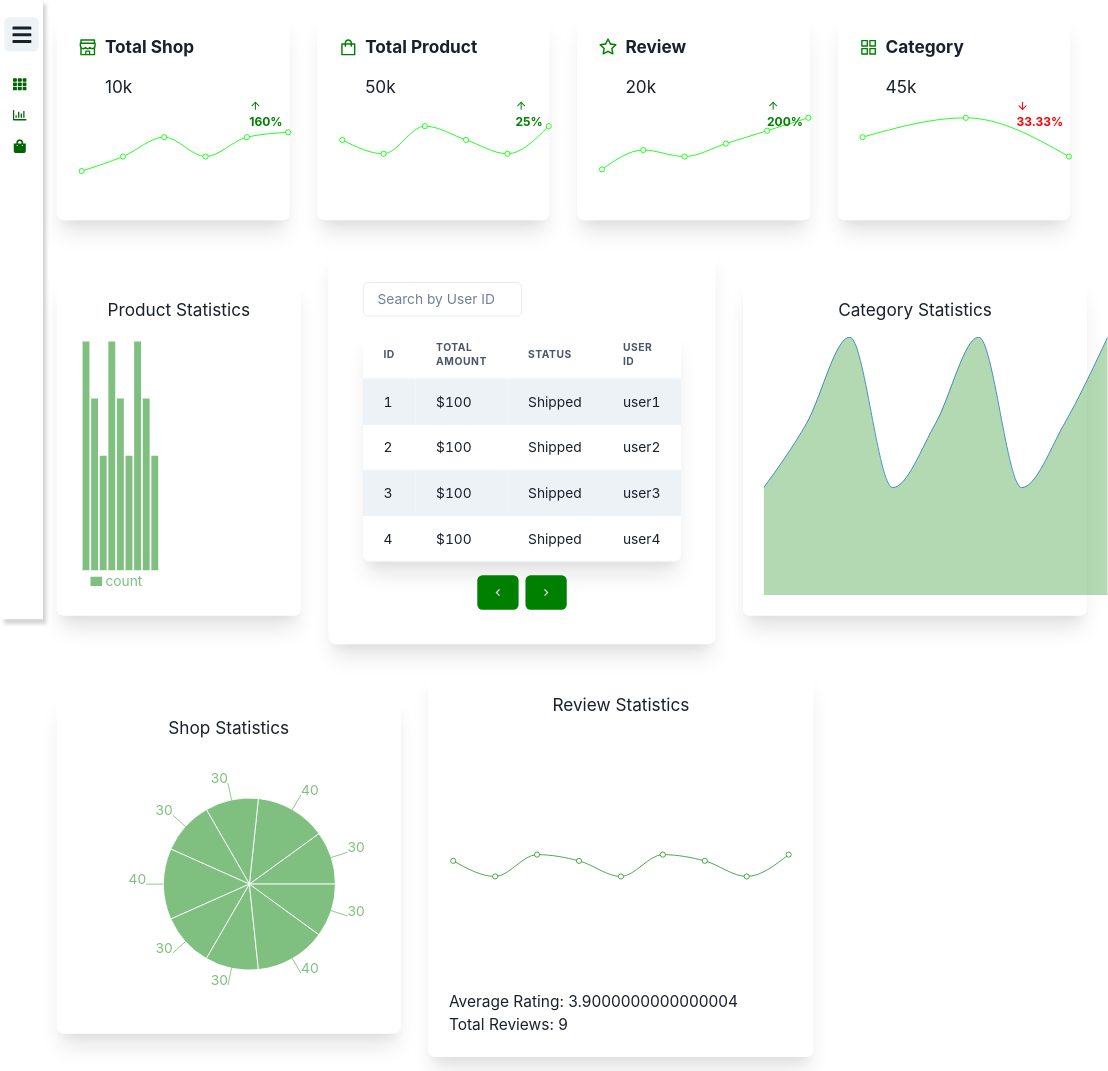
Repository: Andarg01/chakra-dashboard
Page: /
These files come from the project's save history. The page is drawn as it stood at one moment and after the next save; the edit follows.
The browser window is 1280 px wide. The page is 1288 px wide, so the pictures cover 1288 px, including what lies to the right of the window. The pictures show the whole page, at 86% of full size.
The project was rebuilt for these pictures with package versions that can differ from the ones it lists, and the page was loaded fresh each time. Also part of the build but not shown: src/components/ProductModal.tsx, src/components/ProductTable.tsx, src/pages/ProductList.tsx, src/components/RecentSalesTable.tsx, src/components/PopularProductsPage.tsx, src/pages/Analytics.tsx.

Above is the page before, as saved 2024-03-18 01:57:29.

### src/index.tsx
import React from 'react';
import ReactDOM from 'react-dom/client';
import './index.css';
import App from './App';

import { ChakraProvider } from '@chakra-ui/react';


const root = ReactDOM.createRoot(
  document.getElementById('root') as HTMLElement
);
root.render(

  <React.StrictMode>
  <ChakraProvider>
    <App />
    </ChakraProvider>
  </React.StrictMode>

);

### src/App.tsx
import React from 'react'
import ProductList from './pages/ProductList'
import Dashboard from './components/Dashboard'
import Sidebar from './components/Sidebar';
import Analytics from './pages/Analytics';
import { BrowserRouter, Route, Routes } from 'react-router-dom';
const App = () => {
  return (
    <div>
    <BrowserRouter>
    <Sidebar>
      <Routes>
      <Route path="/" element={<Dashboard />}/>
      <Route path="/dashboard" element={<Dashboard />}/>
      <Route path="/analytics" element={<Analytics  />} />
      <Route path="/product" element={<ProductList />}/>

      </Routes>
    </Sidebar>
  </BrowserRouter>
    </div>
  )
}

export default App





















// import React from 'react';
// import { BrowserRouter, Route, Routes } from 'react-router-dom';
// import Sidebar from './components/Sidebar';

// import Dashboard from './pages/Dashboard'

// import Analytics from './pages/AnalyticsPage'

// import ProductList from './ProductList';
// import './App.css';


// // import { ChakraProvider } from '@chakra-ui/react';

// type SaleData = {
//   date: string;
//   amount: number;
// };

// type RevenueData = {
//   month: string;
//   revenue: number;
// };

// const App: React.FC = () => {
//   const saleData: SaleData[] = [
//     { date: '2022-01-01', amount: 100 },
//     { date: '2022-01-02', amount: 150 },
//     { date: '2022-01-03', amount: 200 },
//     { date: '2022-01-04', amount: 120 },
//     { date: '2022-01-05', amount: 180 },
//     { date: '2022-01-06', amount: 90 },
//     { date: '2022-01-07', amount: 110 },
//     { date: '2022-01-08', amount: 130 },
//     { date: '2022-01-09', amount: 170 },
//     { date: '2022-01-10', amount: 160 },
//   ];

//   const revenueData: RevenueData[] = [
//     { month: 'January', revenue: 500 },
//     { month: 'February', revenue: 700 },
//     { month: 'March', revenue: 600 },
//     { month: 'April', revenue: 800 },
//     { month: 'May', revenue: 900 },
//     { month: 'June', revenue: 750 },
//     { month: 'July', revenue: 850 },
//     { month: 'August', revenue: 950 },
//     { month: 'September', revenue: 700 },
//     { month: 'October', revenue: 850 },
//   ];

//   return (
//     // <ChakraProvider>
//       <div>
//         <BrowserRouter>
//           <Sidebar>
//             <Routes>
//               <Route path="/" element={<Dashboard saleData={saleData} revenueData={revenueData} />} />
//               <Route path="/dashboard" element={<Dashboard saleData={saleData} revenueData={revenueData} />} />

//               <Route path="/analytics" element={<Analytics />} />
//               <Route path="/product" element={<ProductList />} />

//             </Routes>
//           </Sidebar>
//         </BrowserRouter>
//       </div>
//     {/* </ChakraProvider> */}
//   );
// };

// export default App;

### src/components/Dashboard.tsx

import React from "react";
import { Box, Flex, Text } from "@chakra-ui/react";
import {
  BarChart,
  Bar,
  Tooltip,
  Legend,
  AreaChart,
  Area,
  PieChart,
  Pie,
  Cell,
  LineChart,
  Line,
} from "recharts";
import Statics from "./Statics";
import AnalyticalPage from "../pages/Analytics";
import FullAnalyticsPage from "./AnalyticalCard";
// import ReviewPage from "../pages/ReviewPage";

export {};
// Sample data for demonstration purposes
const productData = [
  { category: "Category A", count: 20 },
  { category: "Category B", count: 15 },
  { category: "Category C", count: 10 },
  { category: "Category D", count: 20 },
  { category: "Category E", count: 15 },
  { category: "Category F", count: 10 },
  { category: "Category G", count: 20 },
  { category: "Category H", count: 15 },
  { category: "Category I", count: 10 },
];

const categoryData = [
  { shop: "Shop A", count: 5 },
  { shop: "Shop B", count: 8 },
  { shop: "Shop C", count: 12 },
  { shop: "Shop D", count: 5 },
  { shop: "Shop E", count: 8 },
  { shop: "Shop F", count: 12 },
  { shop: "Shop G", count: 5 },
  { shop: "Shop H", count: 8 },
  { shop: "Shop I", count: 12 },
];

const shopData = [
  { name: "Shop A", value: 30 },
  { name: "Shop B", value: 40 },
  { name: "Shop C", value: 30 },
  { name: "Shop D", value: 30 },
  { name: "Shop E", value: 40 },
  { name: "Shop F", value: 30 },
  { name: "Shop G", value: 30 },
  { name: "Shop H", value: 40 },
  { name: "Shop I", value: 30 },
];

const reviewData = [
  { date: "2024-01-01", rating: 4 },
  { date: "2024-02-01", rating: 3.5 },
  { date: "2024-03-01", rating: 4.2 },
  { date: "2024-04-01", rating: 4 },
  { date: "2024-05-01", rating: 3.5 },
  { date: "2024-06-01", rating: 4.2 },
  { date: "2024-07-01", rating: 4 },
  { date: "2024-08-01", rating: 3.5 },
  { date: "2024-09-01", rating: 4.2 },
];

const Dashboard: React.FC = () => {
  // Helper function to calculate average rating
  const getAverageRating = (data: { rating: number }[]): number => {
    const totalRating = data.reduce((acc, curr) => acc + curr.rating, 0);
    return totalRating / data.length;
  };

  return (
    <Flex
      flexWrap="wrap"
      justify="around"
      align="center"
      direction={["column", "row"]}
    >
      <FullAnalyticsPage/>

      {/* Product Statistics */}
      <Box
        flex="1"

        boxShadow="xl"
        borderRadius="lg"
        p={6}
        m={4}
        maxW="600px"
        textAlign="center"
      >
        <Text fontSize="xl" mb={4}>
          Product Statistics
        </Text>
        <BarChart width={100} height={300} data={productData}  >
          <Tooltip />
          <Legend />
          <Bar dataKey="count" fill="#00800080" />
        </BarChart>
      </Box>
      <Box
       flex="1"
       boxShadow="xl"
       borderRadius="lg"
       p={6}
       m={4}
       maxW="600px"
       textAlign="center"
      >
      <Statics/>
      </Box>


      {/* Category Statistics */}
      <Box
        flex="1"
        boxShadow="xl"
        borderRadius="lg"
        p={6}
        m={4}
        maxW="400px"
        textAlign="center"
      >
        <Text fontSize="xl" mb={4}>
          Category Statistics
        </Text>
        <AreaChart width={400} height={300} data={categoryData} margin={4}>
          <Tooltip />
          <Area type="monotone" dataKey="count" fill="#00800080" />
        </AreaChart>
      </Box>

      {/* Shop Statistics */}
      <Box
        flex="1"
        boxShadow="xl"
        borderRadius="lg"
        p={6}
        m={4}
        maxW="400px"
        textAlign="center"
      >
        <Text fontSize="xl" mb={4}>
          Shop Statistics
        </Text>
        <PieChart width={400} height={300}>
          <Pie
            data={shopData}
            cx="50%"
            cy="50%"
            outerRadius={100}
            fill="rgba(0, 128, 0, 0.8)" // Transparent dark-green color
            label
            dataKey="value" // Add dataKey here
          >
            {shopData.map((entry, index) => (
              <Cell key={`cell-${index}`} fill="#00800080" />
            ))}
          </Pie>
        </PieChart>
      </Box>

      {/* Review Statistics */}
      <Flex direction="row" justify="between">
      <Box
        flex="1"
        boxShadow="xl"
        borderRadius="lg"
        p={6}
        m={4}
        maxW="700px"
        textAlign="center"

      >
        <Text fontSize="xl" mb={4}>
          Review Statistics
        </Text>
        <LineChart width={400} height={300} data={reviewData}>
          <Tooltip />
          <Line type="monotone" dataKey="rating" stroke="rgba(0, 128, 0, 0.8)" />
        </LineChart>
        <Box textAlign="left">
          <Text fontSize="lg">
            Average Rating: {getAverageRating(reviewData)}
          </Text>
          <Text fontSize="lg">Total Reviews: {reviewData.length}</Text>
          <Box>
          {/* <ReviewPage/> */}
          </Box>

        </Box>



      </Box>
      </Flex>
    </Flex>
  );
};

export default Dashboard;







// import { Flex, Box, Text, Icon } from "@chakra-ui/react";
// import { FaShoppingCart, FaDollarSign, FaCreditCard, FaUser } from "react-icons/fa";
// import { ArrowUpIcon, ArrowDownIcon } from "@chakra-ui/icons";

// interface IconCardProps {
//   icon: { component: any; color: string };
//   title: string;
//   value: string;
//   trend: number;
//   trendPercentage: string;
//   trendLabel: string;
// }

// const IconCard: React.FC<IconCardProps> = ({ icon, title, value, trend, trendPercentage, trendLabel }) => (
//   <Box width={{ base: "100%", sm: "50%", md: "25%" }} mb={4}>
//     <Flex
//       borderRadius="md"
//       borderWidth="1px"
//       borderColor="gray.200"
//       p={4}
//       alignItems="center"
//       justifyContent="space-between"
//     >
//       <Box bg={icon.color} borderRadius="full" p={2} mr={4}>
//         <Icon as={icon.component} boxSize={6} color="white" />
//       </Box>
//       <Box>
//         <Text fontSize="sm" fontWeight="bold" mb={1}>
//           {title}
//         </Text>
//         <Text fontSize="xl" fontWeight="bold" mb={1}>
//           {value}
//         </Text>
//         <Text fontSize="sm" color={trend >= 0 ? "green.500" : "red.500"}>
//           {trend >= 0 ? <ArrowUpIcon boxSize={3} /> : <ArrowDownIcon boxSize={3} />}
//           {trendPercentage}% {trendLabel}
//         </Text>
//       </Box>
//     </Flex>
//   </Box>
// );

// const Dashboard = () => (
//   <Flex flexWrap="wrap">
//     <IconCard
//       icon={{ component: FaShoppingCart, color: "purple" }}
//       title="New Orders"
//       value="34567"
//       trend={2.00}
//       trendPercentage="+2.00"
//       trendLabel="(30 days)"
//     />
//     <IconCard
//       icon={{ component: FaDollarSign, color: "green" }}
//       title="Total Income"
//       value="$74,567"
//       trend={5.45}
//       trendPercentage="+5.45"
//       trendLabel="Increased"
//     />
//     <IconCard
//       icon={{ component: FaCreditCard, color: "blue" }}
//       title="Total Expense"
//       value="$24,567"
//       trend={-2.00}
//       trendPercentage="-2.00"
//       trendLabel="Expense"
//     />
//     <IconCard
//       icon={{ component: FaUser, color: "orange" }}
//       title="New User"
//       value="34567"
//       trend={-25.00}
//       trendPercentage="-25.00"
//       trendLabel="Earning"
//     />
//   </Flex>
// );

// export default Dashboard;









// // // // Dashboard.tsx
// // // import React from 'react';
// // // import { Box, Text, SimpleGrid, Flex } from '@chakra-ui/react';
// // // import { GiShoppingCart, GiCash, GiReceiveMoney, GiTwoCoins, GiShoppingBag, GiMultipleTargets } from 'react-icons/gi';
// // // // import Statics from './Statics';
// // // import StatisticsPage from './StatisticsPage';

// // // interface DashboardCardProps {
// // //   title: string;
// // //   value: number;
// // //   index: number;
// // //   isCurrency?: boolean;
// // // }

// // // const iconComponents = [
// // //   GiShoppingCart,   // Total Orders
// // //   GiCash,           // Total Sales
// // //   GiReceiveMoney,   // Total Revenue
// // //   GiTwoCoins,       // Total Customer Commits
// // //   GiShoppingBag,    // Total Products
// // //   GiMultipleTargets // Total Categories
// // // ];

// // // const DashboardCard: React.FC<DashboardCardProps> = ({ title, value, index, isCurrency = false }) => {
// // //   const IconComponent = iconComponents[index];

// // //   const formattedValue = isCurrency ? `Birr ${value.toLocaleString()}` : value;

// // //   return (
// // //     <Box
// // //       p="4"
// // //       borderRadius="lg"
// // //       border="1px solid"
// // //       borderColor="gray.200"
// // //       boxShadow="xl"
// // //       textAlign="center"
// // //       minH={`calc(100px + 1/3 * 100px)`} // Maximize height and add 1/3 of the size
// // //       fontSize="2xl"
// // //       color="black" // Set text color to black
// // //       display="inline-flex"
// // //       flexDirection="column"
// // //       alignItems="center"
// // //     >
// // //       <Flex alignItems="center">
// // //         <IconComponent size={40}  fontWeight="bold" />
// // //         <Text fontWeight="bold" ml="2" mr="2">
// // //           {title}
// // //         </Text>
// // //       </Flex>
// // //       <Text>{formattedValue}</Text>
// // //     </Box>
// // //   );
// // // };

// // // const Dashboard: React.FC = () => {
// // //   // Dummy data for demonstration
// // //   const metricsData = {
// // //     totalOrders: 150,
// // //     totalSales: 50000,
// // //     totalRevenue: 75000,
// // //     totalCustomerCommits: 80,
// // //     totalProducts: 50,
// // //     totalCategories: 10,
// // //   };

// // //   return (
// // //     <Box p="8">
// // //       <Text fontSize="3xl" fontWeight="bold" mb="6">
// // //         Dashboard
// // //       </Text>
// // //       {/* <Statics/> */}
// // //       <StatisticsPage/>
// // //       <SimpleGrid columns={[1, 2, 3, 3]} spacing="4">
// // //         <DashboardCard title="Total Orders" value={metricsData.totalOrders} index={0} />
// // //         <DashboardCard title="Total Sales" value={metricsData.totalSales} index={1} isCurrency />
// // //         <DashboardCard title="Total Revenue" value={metricsData.totalRevenue} index={2} isCurrency />
// // //         <DashboardCard title="Total Customer Commits" value={metricsData.totalCustomerCommits} index={3} />
// // //         <DashboardCard title="Total Products" value={metricsData.totalProducts} index={4} />
// // //         <DashboardCard title="Total Categories" value={metricsData.totalCategories} index={5} />
// // //       </SimpleGrid>
// // //     </Box>
// // //   );
// // // };

// // // export default Dashboard;





// // // // // Dashboard.tsx
// // // // import React from 'react';
// // // // import { Box, Text, SimpleGrid, Flex } from '@chakra-ui/react';
// // // // import { GiShoppingCart, GiCash, GiReceiveMoney, GiTwoCoins, GiShoppingBag, GiMultipleTargets } from 'react-icons/gi';

// // // // interface DashboardCardProps {
// // // //   title: string;
// // // //   value: number;
// // // //   index: number;
// // // //   isCurrency?: boolean;
// // // // }

// // // // const iconComponents = [
// // // //   GiShoppingCart,   // Total Orders
// // // //   GiCash,           // Total Sales
// // // //   GiReceiveMoney,   // Total Revenue
// // // //   GiTwoCoins,       // Total Customer Commits
// // // //   GiShoppingBag,    // Total Products
// // // //   GiMultipleTargets // Total Categories
// // // // ];

// // // // const DashboardCard: React.FC<DashboardCardProps> = ({ title, value, index, isCurrency = false }) => {
// // // //   const colors = ['rgba(159, 122, 234, 0.7)', 'rgba(237, 100, 166, 0.7)']; // Purple, Pink with transparency
// // // //   const backgroundColor = colors[index % colors.length];

// // // //   const IconComponent = iconComponents[index];

// // // //   const formattedValue = isCurrency ? `Birr ${value.toLocaleString()}` : value;

// // // //   return (
// // // //     <Box
// // // //       p="4"
// // // //       borderRadius="lg"
// // // //       boxShadow="xl"
// // // //       textAlign="center"
// // // //       minH={`calc(100px + 1/3 * 100px)`} // Maximize height and add 1/3 of the size
// // // //       fontSize="2xl"
// // // //       color="white"
// // // //       backgroundColor={backgroundColor}
// // // //       display="inline-flex"
// // // //       flexDirection="column"
// // // //       alignItems="center"
// // // //     >
// // // //       <Flex alignItems="center">
// // // //         <IconComponent size={40} mb="-2" fontWeight="bold" />
// // // //         <Text fontWeight="bold" ml="2" mr="2">
// // // //           {title}
// // // //         </Text>
// // // //       </Flex>
// // // //       <Text>{formattedValue}</Text>
// // // //     </Box>
// // // //   );
// // // // };

// // // // const Dashboard: React.FC = () => {
// // // //   // Dummy data for demonstration
// // // //   const metricsData = {
// // // //     totalOrders: 150,
// // // //     totalSales: 50000,
// // // //     totalRevenue: 75000,
// // // //     totalCustomerCommits: 80,
// // // //     totalProducts: 50,
// // // //     totalCategories: 10,
// // // //   };

// // // //   return (
// // // //     <Box p="8">
// // // //       <Text fontSize="3xl" fontWeight="bold" mb="6">
// // // //         Dashboard
// // // //       </Text>

// // // //       <SimpleGrid columns={[1, 2, 3, 3]} spacing="4">
// // // //         <DashboardCard title="Total Orders" value={metricsData.totalOrders} index={0} />
// // // //         <DashboardCard title="Total Sales" value={metricsData.totalSales} index={1} isCurrency />
// // // //         <DashboardCard title="Total Revenue" value={metricsData.totalRevenue} index={2} isCurrency />
// // // //         <DashboardCard title="Total Customer Commits" value={metricsData.totalCustomerCommits} index={3} />
// // // //         <DashboardCard title="Total Products" value={metricsData.totalProducts} index={4} />
// // // //         <DashboardCard title="Total Categories" value={metricsData.totalCategories} index={5} />
// // // //       </SimpleGrid>
// // // //     </Box>
// // // //   );
// // // // };

// // // // export default Dashboard;

### src/components/Sidebar.tsx

import React, { useState } from 'react';
import {
  FaTh,
  FaBars,
  FaShoppingBag,
  FaRegChartBar,
} from 'react-icons/fa';

import { NavLink } from 'react-router-dom';
import { Box, IconButton, Text, Flex } from '@chakra-ui/react';

interface MenuItem {
  path: string;
  name: string;
  icon: JSX.Element;
}

const Sidebar: React.FC<React.PropsWithChildren<{}>> = ({ children }) => {
  const [isOpen, setIsOpen] = useState(false);

  const toggle = () => setIsOpen(!isOpen);

  const menuItems: MenuItem[] = [
    {
      path: '/',
      name: 'Dashboard',
      icon: <FaTh />,
    },
    {
      path: '/analytics',
      name: 'Analytics',
      icon: <FaRegChartBar />,
  },
    {
      path: '/product',
      name: 'Product',
      icon: <FaShoppingBag />,
    },
  ];

  return (
    <Flex>
      <Box
        width={isOpen ? '200px' : '50px'}
        bg="#fff"
        boxShadow="5px 5px 4px rgb(212, 212, 212)"
        color="#000"
        height="100vh"
        transition="all 0.5s"
        overflowX="hidden"
      >
        <Flex
          className="top_section"
          direction="column"
          align="center"
          justify="center"
          p="20px 15px"
        >
          <Text fontSize={isOpen ? '30px' : '0'} className="logo">
            Logo
          </Text>
          <IconButton
            marginLeft={isOpen ? '50px' : '0px'}
            className="bars"
            fontSize="25px"
            aria-label="Toggle Sidebar"
            icon={<FaBars />}
            onClick={toggle}
          />
        </Flex>
        {menuItems.map((item, index) => (
          <NavLink to={item.path} key={index} className="link">
            <Flex
              p="10px 15px"
              color="#006400"
              _hover={{ bgColor: ' #006400', color: '#fff', margin: '10px', borderRadius: '10px' }}
              _active={{ bgColor: ' #006400', color: '#fff', margin: '10px', borderRadius: '10px' }}
            >
              <Box className="icon" marginRight="3">
                {item.icon}
              </Box>
              <Text
                display={isOpen ? 'block' : 'none'}
                className="link_text text-sm"
                marginLeft="3"
              >
                {item.name}
              </Text>
            </Flex>
          </NavLink>
        ))}
      </Box>
      <Box flex="1">{children}</Box>
    </Flex>
  );
};

export default Sidebar;

Loaded but not shown: public/index.html (common file); src/index.css (common file); src/components/AnalyticalCard.tsx (254 lines, source omitted); src/components/Statics.tsx (136 lines, source omitted)

After the next save:
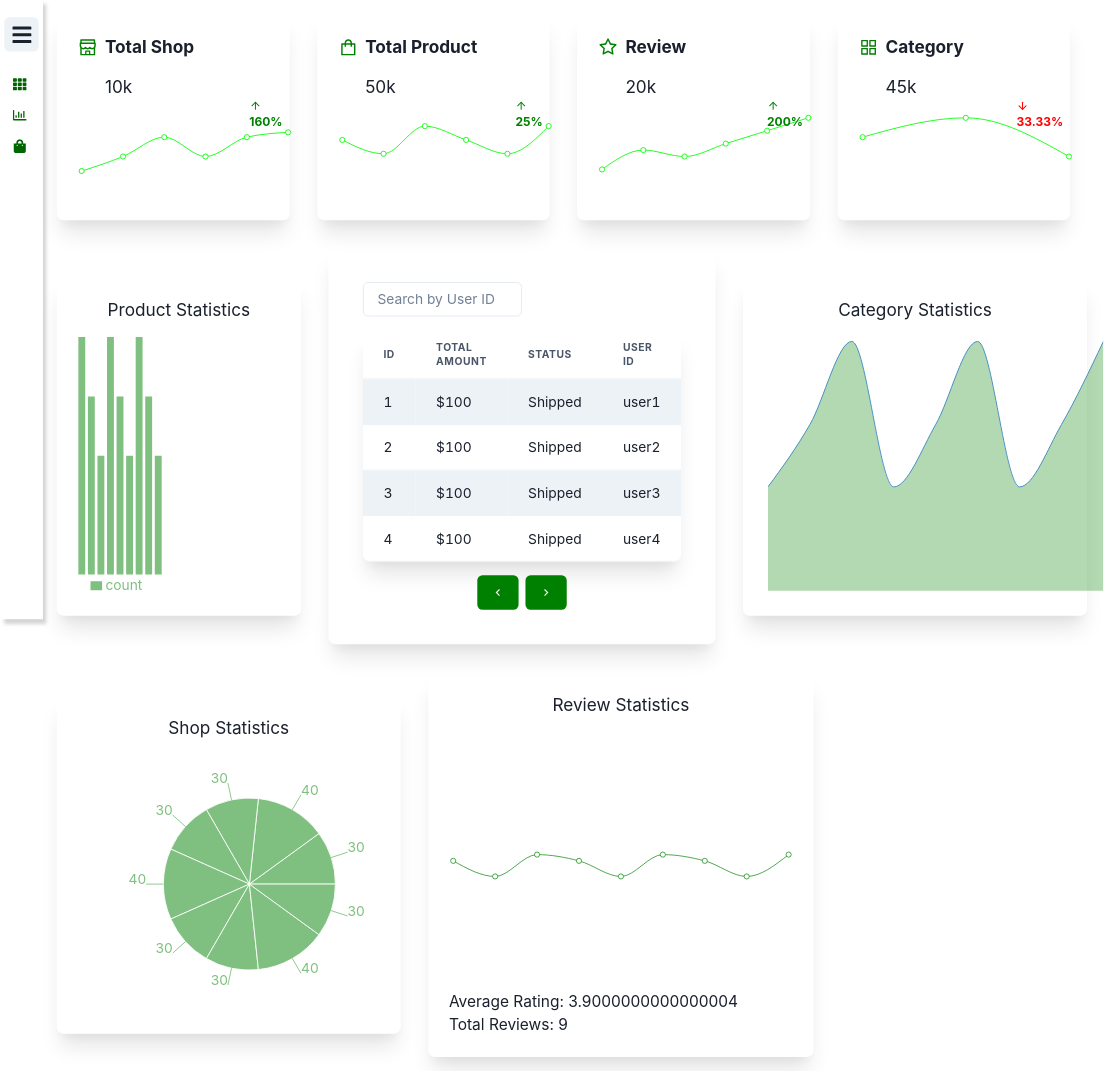
Saved 4 min 51 s later.
--- a/src/components/Dashboard.tsx
+++ b/src/components/Dashboard.tsx
@@ -99,7 +99,7 @@ const Dashboard: React.FC = () => {
         <Text fontSize="xl" mb={4}>
           Product Statistics
         </Text>
-        <BarChart width={100} height={300} data={productData}  >
+        <BarChart width={100} height={300} data={productData} margin={4}  >
           <Tooltip />
           <Legend />
           <Bar dataKey="count" fill="#00800080" />
@@ -131,7 +131,7 @@ const Dashboard: React.FC = () => {
         <Text fontSize="xl" mb={4}>
           Category Statistics
         </Text>
-        <AreaChart width={400} height={300} data={categoryData} margin={4}>
+        <AreaChart width={400} height={300} data={categoryData}>
           <Tooltip />
           <Area type="monotone" dataKey="count" fill="#00800080" />
         </AreaChart>
